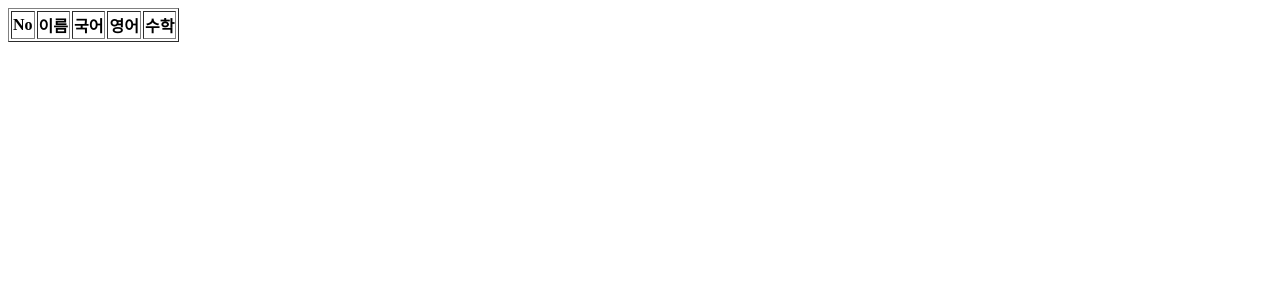
Repository: Heo-sh/Web_Development
Page: http://localhost/Ex_0417_sungjuk/student.jsp
The author's editor kept a copy of each file at every save. The page is drawn from the files as they stood at one save, then again after the next save.
The browser window is 1280 px wide. The pictures show the whole page.
The page is served by Tomcat 9. Other server files are loaded and not shown. Queries for data that is not in the repository find no rows.

Above is the page before, as saved 2023-04-17 06:45:20.

### Ex_0417_sungjuk/WebContent/student.jsp
<%@page import="vo.SjVO"%>
<%@page import="java.util.List"%>
<%@page import="dao.SjDAO"%>
<%@ page language="java" contentType="text/html; charset=EUC-KR"
    pageEncoding="EUC-KR"%>
<%
	/* SjDAO sdao= SjDAO.getInstance();
	List<SjVO> list = sdao.selectList(); */

	List<SjVO> list = SjDAO.getInstance().selectList();
%>
<!DOCTYPE html>
<html>
	<head>
		<meta charset="EUC-KR">
		<title>Insert title here</title>
	</head>
<body>
	<table border="1">
		<tr>
			<th>No</th>
			<th>이름</th>
			<th>국어</th>
			<th>영어</th>
			<th>수학</th>
		</tr>
		<%
			for (int i = 0; i < list.size(); i++) {
					SjVO svo = list.get(i);
		%>
		<tr>
			<td><%= svo.getNo() %></td>
			<td><%= svo.getName() %></td>
			<td><%= svo.getKor() %></td>
			<td><%= svo.getEng() %></td>
			<td><%= svo.getMat() %></td>
		</tr>
		<%} %>
	</table>
</body>
</html>

### Ex_0417_sungjuk/src/dao/SjDAO.java
package dao;

import java.sql.Connection;
import java.sql.PreparedStatement;
import java.sql.ResultSet;
import java.sql.SQLException;
import java.util.ArrayList;
import java.util.List;

import service.DBService;
import vo.SjVO;

public class SjDAO {
	// single-ton pattern:
	// 객체1개만생성해서 지속적으로 서비스하자
	static SjDAO single = null;

	public static SjDAO getInstance() {
		//생성되지 않았으면 생성
		if (single == null)
			single = new SjDAO();
		//생성된 객체정보를 반환
		return single;
	}

	public List<SjVO> selectList() {

		List<SjVO> list = new ArrayList<SjVO>();
		Connection conn = null;
		PreparedStatement pstmt = null;
		ResultSet rs = null;
		String sql = "select * from sungtb";

		try {
			//1.Connection얻어온다
			conn = DBService.getInstance().getConnection();
			//2.명령처리객체정보를 얻어오기
			pstmt = conn.prepareStatement(sql);

			//3.결과행 처리객체 얻어오기
			rs = pstmt.executeQuery();

			while (rs.next()) {
				SjVO vo = new SjVO();
				//현재레코드값=>Vo저장

				vo.setNo(rs.getInt("no"));
				vo.setName(rs.getString("name"));
				vo.setKor(rs.getInt("kor"));
				vo.setEng(rs.getInt("eng"));
				vo.setMat(rs.getInt("mat"));

				//ArrayList추가
				list.add(vo);
			}

		} catch (Exception e) {
			// TODO: handle exception
			e.printStackTrace();
		} finally {

			try {
				if (rs != null)
					rs.close();
				if (pstmt != null)
					pstmt.close();
				if (conn != null)
					conn.close();
			} catch (SQLException e) {
				// TODO Auto-generated catch block
				e.printStackTrace();
			}
		}

		return list;
	}
}

### Ex_0417_sungjuk/src/service/DBService.java
package service;

import java.sql.Connection;
import java.sql.SQLException;

import javax.naming.Context;
import javax.naming.InitialContext;
import javax.naming.NamingException;
import javax.sql.DataSource;

public class DBService {
//	multi - 본인만의 축약어를 만들 수 있다.
//	window -> preperence -> java -> template -> new
//	for (int i = 0; i < argType; i++) {
//		for (int j = 0; j < argType; j++) {
//
//		}
//	}


//	DB접속을 위한 코드를 위한 class

	//single-ton pattern:
	//객체1개만생성해서 지속적으로 서비스하자
	//- jsp파일을 생성하고 DB에 접속하려고 할 때마다 객체들을 생성하여 메모리를 점유해야한다.
	//  -> 코드를 매번 작성해야 하고 비효율적이기에 single-ton pattern을 이용한다.
	//- 어플리케이션이 시작될 때 어떤 클래스가 최초 한번만 메모리를 할당하고(static의 개념)
	//  그 메모리에 인스턴스를 만들어 사용하는 디자인 패턴
	//- DB를 접속할 때처럼 공통된 객체를 여러 개 생성해서 사용해야 하는 상황에 많이 사용
	static DBService single = null;

	public static DBService getInstance() { //static으로 만들어진 객체는 new를 쓰지 않아도 불러올 수 있다.
		//생성되지 않았으면 생성
		if (single == null) //메모리를 점유하고 있지 않다면
			single = new DBService(); //객체를 생성하라
		//생성된 객체정보를 반환
		return single; //single: DB 접속 관련 정보가 들어가 있다.
	}

	DataSource ds; //생성자 밖에서도 써야하기에 바깥으로 빼둠

	public DBService() {
		try {
			InitialContext ic = new InitialContext();
			Context ctx = (Context)ic.lookup("java:comp/env");
			ds = (DataSource)ctx.lookup("jdbc/oracle_test");

		} catch (NamingException e) {
			// TODO Auto-generated catch block
			e.printStackTrace();
		}
	}

	public Connection getConnection() {
		Connection conn = null;

		try {
			conn = ds.getConnection();
		} catch (SQLException e) {
			// TODO Auto-generated catch block
			e.printStackTrace();
		}

		return conn;
	}

}

After the next save:
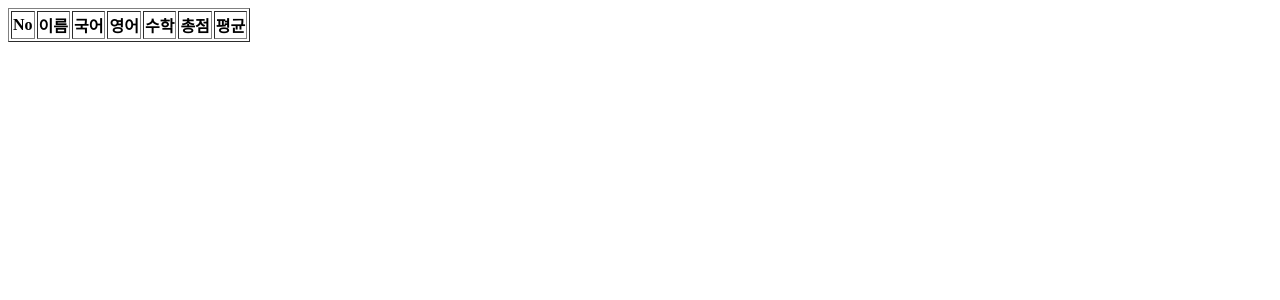
Saved 51 s later.
--- a/Ex_0417_sungjuk/WebContent/student.jsp
+++ b/Ex_0417_sungjuk/WebContent/student.jsp
@@ -23,6 +23,8 @@
 			<th>국어</th>
 			<th>영어</th>
 			<th>수학</th>
+			<th>총점</th>
+			<th>평균</th>
 		</tr>
 		<%
 			for (int i = 0; i < list.size(); i++) {
